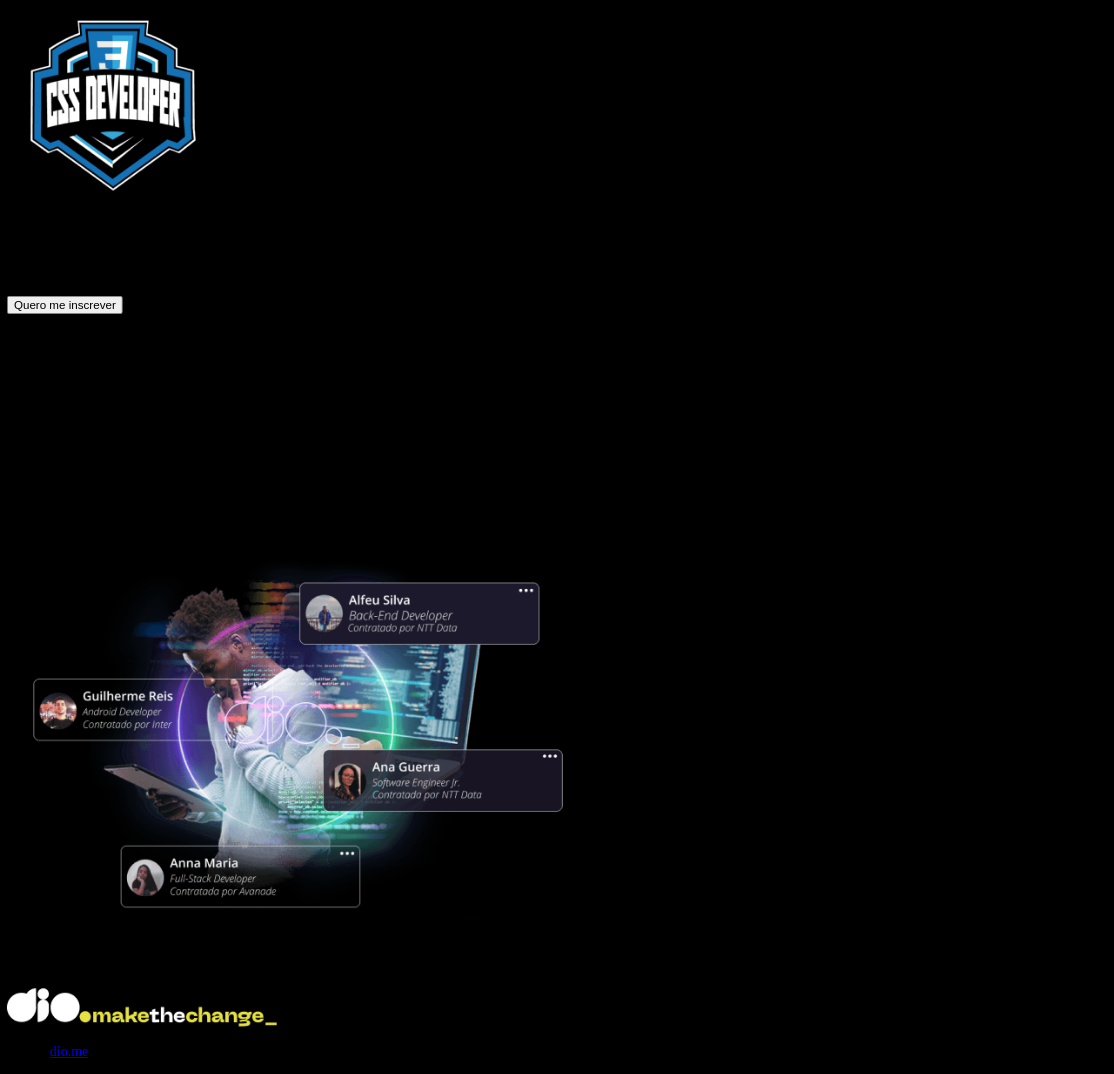
Repository: Zoemateus324/landing-page
Page: index.html
The author's editor kept a copy of each file at every save. The page is drawn from the files as they stood at one save, then again after the next save.
The browser window is 1280 px wide. The pictures show the whole page, at 87% of full size.

Above is the page before, as saved 2024-11-23 10:22:05.

### index.html
<!DOCTYPE html>
<html lang="en">

<head>
    <meta charset="UTF-8">
    <meta http-equiv="X-UA-Compatible" content="IE=edge">
    <meta name="viewport" content="width=device-width, initial-scale=1.0">
    <link rel="stylesheet" href="./assets/styles.css">
    <title>Trilha de CSS - DIO</title>
</head>

<body>
    <header class="banner">
        <div class="banner-content">
            <div class="logo">
                <img src="assets/images/logo.png" title="Logotipo Trilha de CSS DIO" alt="Logotipo Trilha de CSS DIO">
            </div>
            <h1>Trilha de CSS da DIO</h1>
            <p>A nova Trilha de CSS da DIO está disponível. Acesse já e aprenda do zero como desenvolver sites profissionais.</p>
            <button>Quero me inscrever</button>
        </div>
    </header>
    <main>
        <section id="course-content">
            <h2>O que vou aprender?</h2>
            <p>
                Temos 3 módulos recheados de conteúdos do básico ao avançado para que você aprenda a desenvolver sites profissionais utilizando somente HTML e CSS: sem nenhuma biblioteca ou framework a mais.
            </p>
            <div class="modules-list">
                <div class="module">
                    <span>Módulo 01:</span> primeiros passos com CSS
                </div>
                <div class="module">
                    <span>Módulo 02:</span> trabalhando com layouts no CSS
                </div>
                <div class="module">
                    <span>Módulo 03:</span> refinando os estilos CSS das nossas páginas
                </div>
            </div>
        </section>
        <section id="transform-world">
            <p>TRANSFORME O MUNDO COM A GENTE</p>
        </section>
        <section id="professional-challenges">
            <h2>Evolua e encare novos desafios profissionais</h2>
            <img src="assets/images/professional-challenges.png" title="Homem lendo depoimentos em um tablet" alt="Homem lendo depoimentos em um tablet">
            <p>
                Junte-se ao nosso ecossistema e transforme o mundo com a gente! Todos os dias dezenas de empresas acessam a nossa plataforma em busca dos talentos mais criativos, dinâmicos e colaborativos, além do conhecimento técnico. A nossa missão é te preparar para
                que você conecte-se com as melhores oportunidades.
            </p>
        </section>
    </main>
    <footer>
        <img class="dio-logo" src="assets/images/dio-logo.png" title="Logotipo DIO com o texto make the change" alt="Logotipo DIO com o texto make the change">
        <p>Acesse <a href="https://dio.me">dio.me</a> e se cadastre agora</p>
    </footer>
</body>

</html>

### assets/styles.css
body{
    background:black;
}

After the next save:
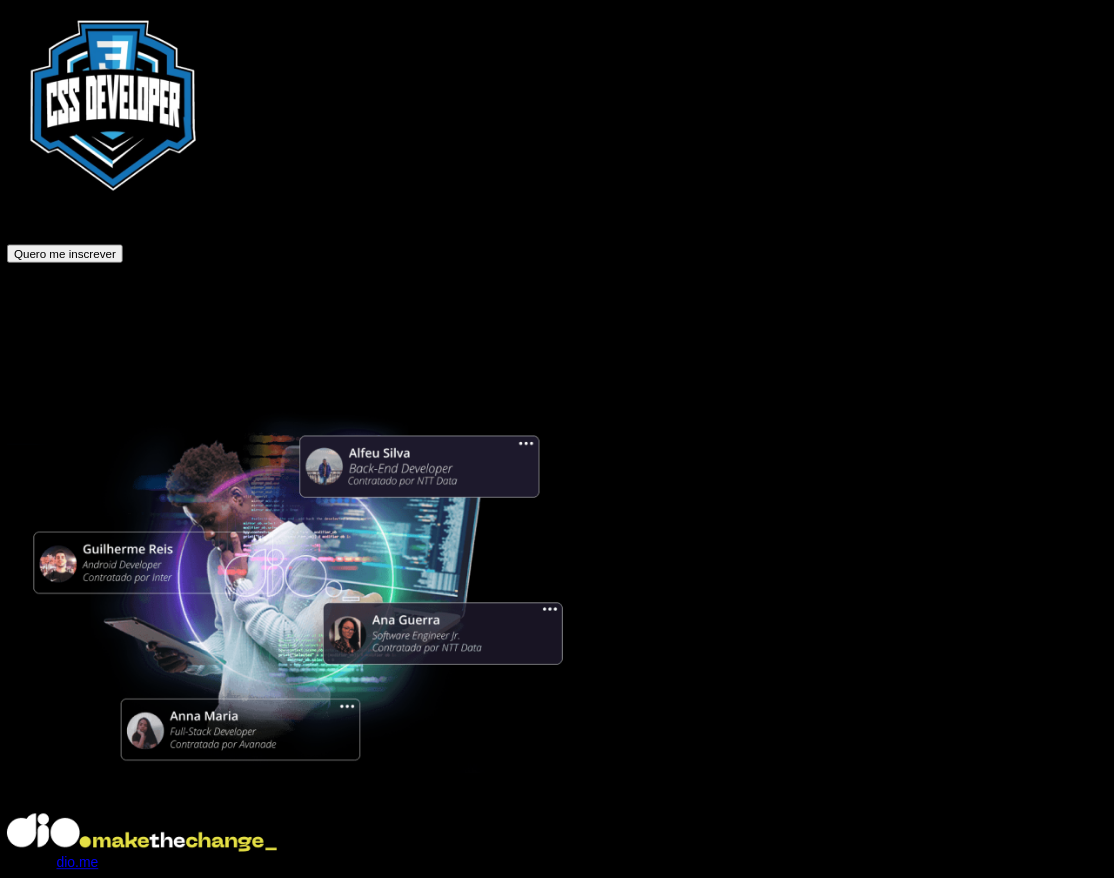
Saved 88 s later.
--- a/assets/styles.css
+++ b/assets/styles.css
@@ -1,3 +1,12 @@
 body{
-    background:black;
+    background-color:black;
 }
+*{
+    font-family:'Raleway', sans-serif;
+    box-sizing:border-box;
+    margin:0;
+}
+body{
+    display:block;
+    margin:8px;
+}
